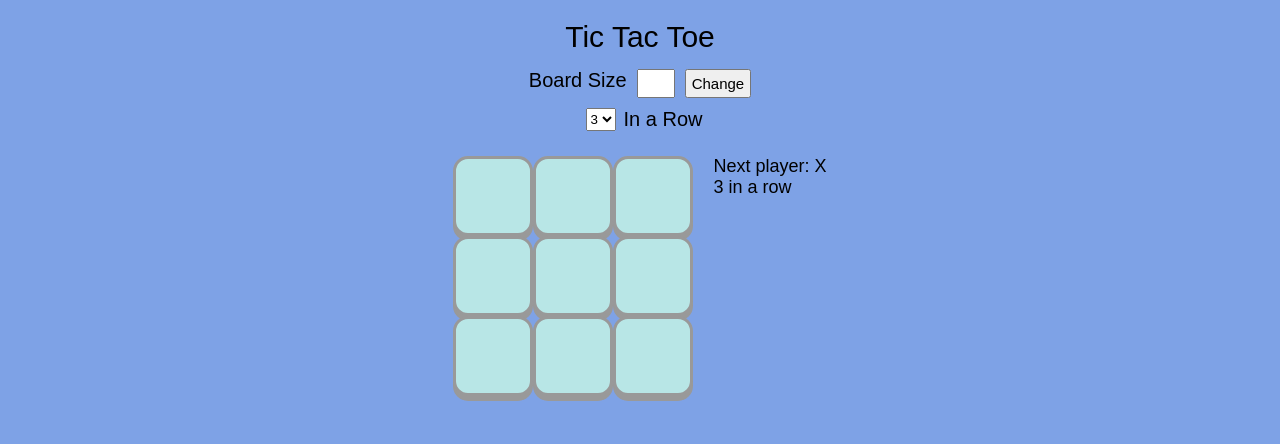
Repository: yshong211/tic-tac-toe-0708
Page: /
An editor plug-in stored every save of this project. The page is shown before and after the next save, followed by the edit.
The browser window is 1280 px wide. The pictures show the whole page.
The project was rebuilt for these pictures with package versions that can differ from the ones it lists, and the page was loaded fresh each time.

Above is the page before, as saved 2020-07-09 10:42:32.

After the next save:
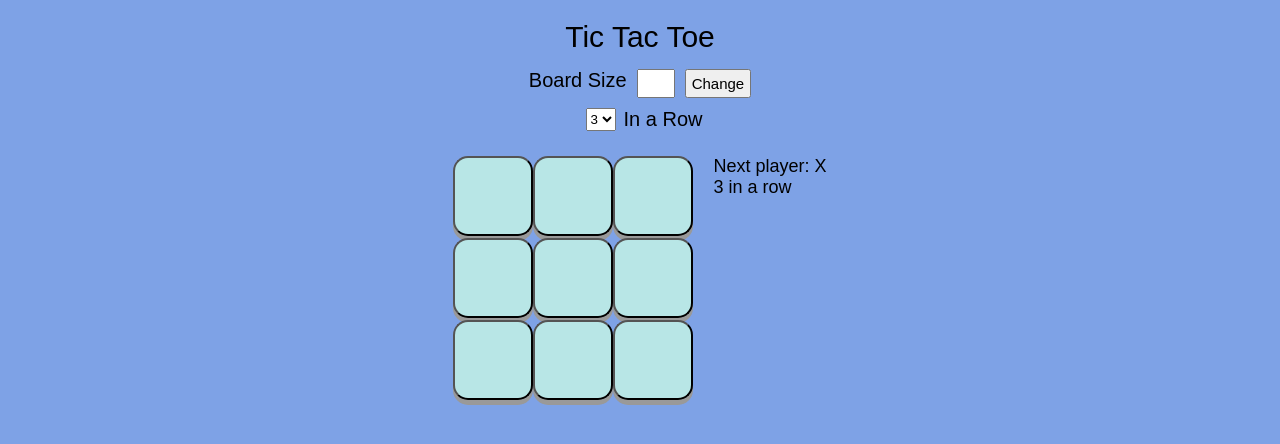
Saved 38 s later.
--- a/src/components/square/square.css
+++ b/src/components/square/square.css
@@ -1,8 +1,7 @@
 .square {
   display: inline-block;
   background: rgb(184, 230, 230);
-  border: 3px solid #999;
-  float: left;
+
   font-size: 60px;
   cursor: pointer;
   font-weight: bold;

After the save that followed:
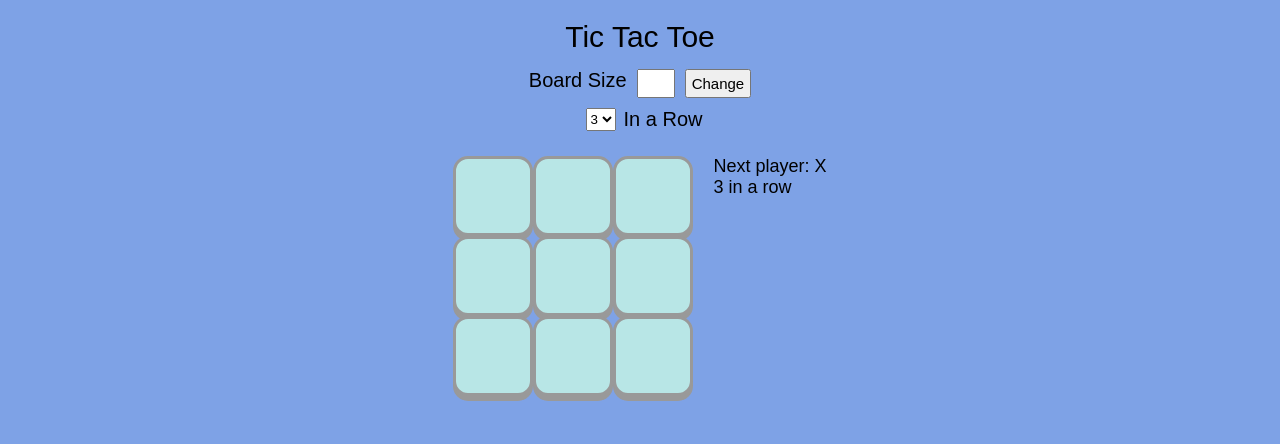
Saved 7 s later.
--- a/src/components/square/square.css
+++ b/src/components/square/square.css
@@ -1,7 +1,8 @@
 .square {
   display: inline-block;
   background: rgb(184, 230, 230);
-
+  border: 3px solid #999;
+  float: left;
   font-size: 60px;
   cursor: pointer;
   font-weight: bold;
